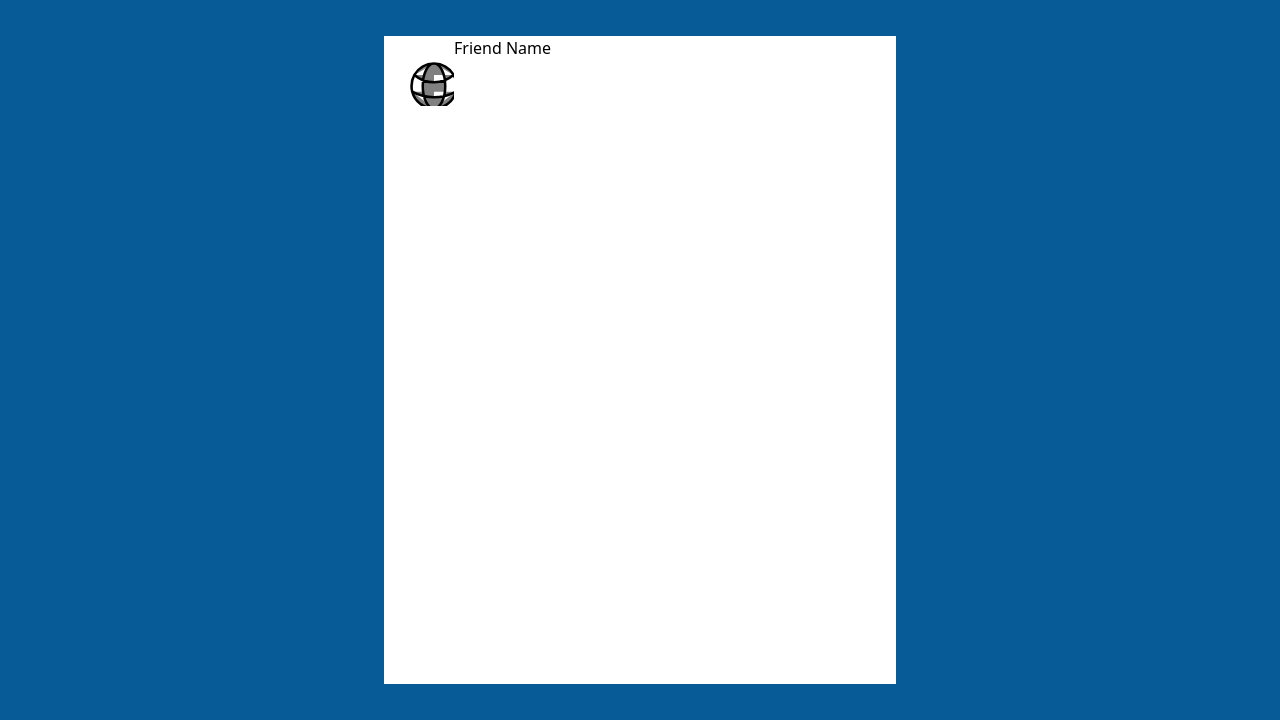
Repository: Sarah7223/internet-programming-tp
Page: TP2/TP02.1.html
The author's editor kept a copy of each file at every save. The page is drawn from the files as they stood at one save, then again after the next save.
The browser window is 1280 px wide. The pictures show the whole page.
Some web libraries are served in a nearby version.

Above is the page before, as saved 2023-01-12 22:41:10.

### TP2/TP02.1.html
<html>
    <head>
        <style>

                .background{
                    display:flex;
                    width: 100%;
                    height: 100%;
                    background-color: #075B96;
                    justify-content: center;
                    align-items: center;
                    /*
                    #779BE7
                    */
                }
                .whitebox{
                    display: flex;
                    background-color: white;
                    width: 40%;
                    height: 90%;
                }
                .circle{
                    display: flex;
                    width: 50px;
                    height: 50px;
                    margin-top: 20px;
                    margin-left: 20px;
                }

        </style>
    </head>
    <body>
        <script src="https://cdn.tailwindcss.com"></script>
        <div class="background">
            <div class="whitebox">
                <div class="circle">
                    <svg xmlns="http://www.w3.org/2000/svg" fill="grey" viewBox="0 0 20 20" strokeWidth={1.5} stroke="currentColor" className="w-6 h-6">
                        <path strokeLinecap="round" strokeLinejoin="round" d="M12 21a9.004 9.004 0 008.716-6.747M12 21a9.004 9.004 0 01-8.716-6.747M12 21c2.485 0 4.5-4.03 4.5-9S14.485 3 12 3m0 18c-2.485 0-4.5-4.03-4.5-9S9.515 3 12 3m0 0a8.997 8.997 0 017.843 4.582M12 3a8.997 8.997 0 00-7.843 4.582m15.686 0A11.953 11.953 0 0112 10.5c-2.998 0-5.74-1.1-7.843-2.918m15.686 0A8.959 8.959 0 0121 12c0 .778-.099 1.533-.284 2.253m0 0A17.919 17.919 0 0112 16.5c-3.162 0-6.133-.815-8.716-2.247m0 0A9.015 9.015 0 013 12c0-1.605.42-3.113 1.157-4.418" />
                    </svg>
                </div>
                <div class="font-medium">
                    Friend Name
                </div>


            </div>
        </div>
     </body>
</html>

After the next save:
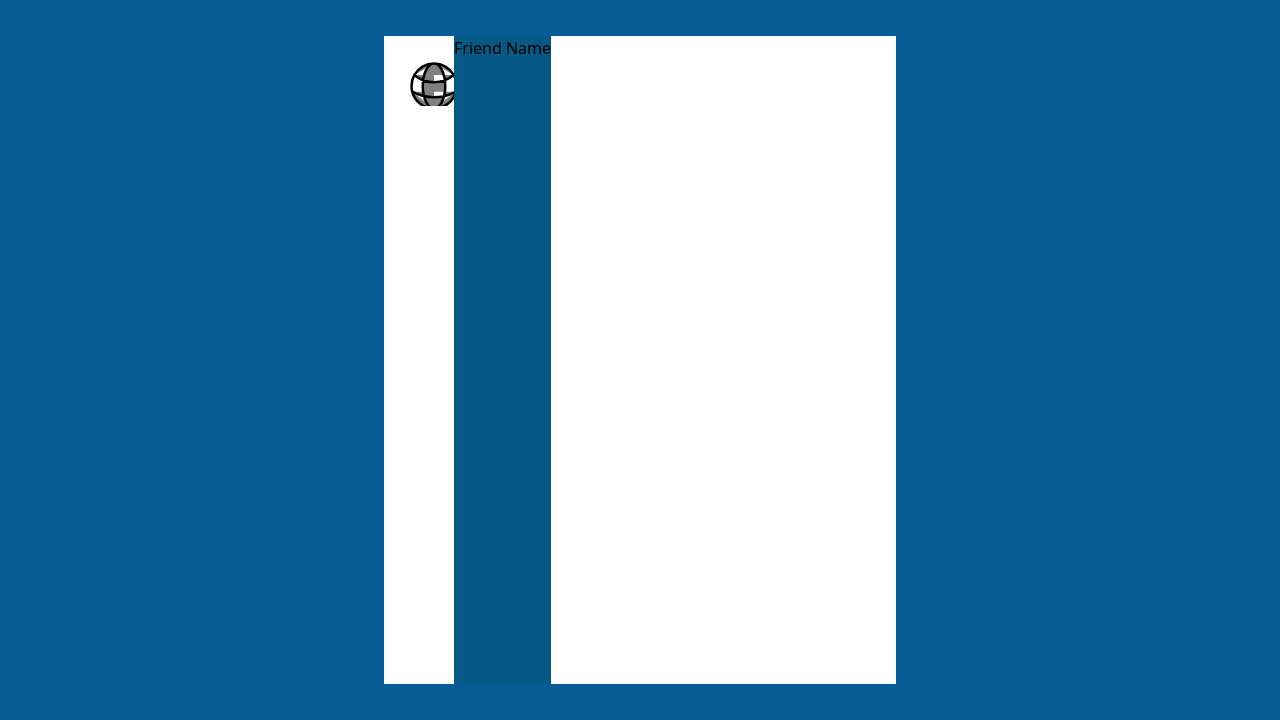
Saved 80 s later.
--- a/TP2/TP02.1.html
+++ b/TP2/TP02.1.html
@@ -38,7 +38,7 @@
                         <path strokeLinecap="round" strokeLinejoin="round" d="M12 21a9.004 9.004 0 008.716-6.747M12 21a9.004 9.004 0 01-8.716-6.747M12 21c2.485 0 4.5-4.03 4.5-9S14.485 3 12 3m0 18c-2.485 0-4.5-4.03-4.5-9S9.515 3 12 3m0 0a8.997 8.997 0 017.843 4.582M12 3a8.997 8.997 0 00-7.843 4.582m15.686 0A11.953 11.953 0 0112 10.5c-2.998 0-5.74-1.1-7.843-2.918m15.686 0A8.959 8.959 0 0121 12c0 .778-.099 1.533-.284 2.253m0 0A17.919 17.919 0 0112 16.5c-3.162 0-6.133-.815-8.716-2.247m0 0A9.015 9.015 0 013 12c0-1.605.42-3.113 1.157-4.418" />
                     </svg>
                 </div>
-                <div class="font-medium">
+                <div class="bg-sky-800">
                     Friend Name
                 </div>
 

After the save that followed:
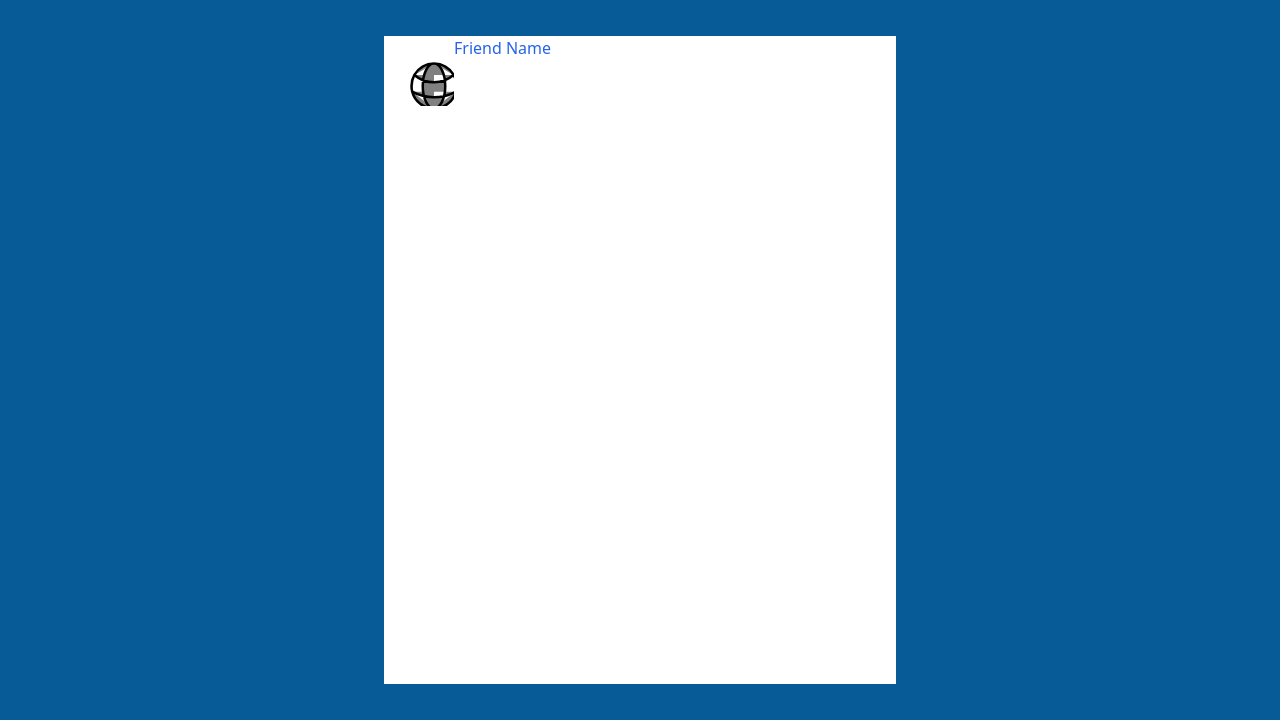
Saved 2 min 12 s later.
--- a/TP2/TP02.1.html
+++ b/TP2/TP02.1.html
@@ -38,7 +38,7 @@
                         <path strokeLinecap="round" strokeLinejoin="round" d="M12 21a9.004 9.004 0 008.716-6.747M12 21a9.004 9.004 0 01-8.716-6.747M12 21c2.485 0 4.5-4.03 4.5-9S14.485 3 12 3m0 18c-2.485 0-4.5-4.03-4.5-9S9.515 3 12 3m0 0a8.997 8.997 0 017.843 4.582M12 3a8.997 8.997 0 00-7.843 4.582m15.686 0A11.953 11.953 0 0112 10.5c-2.998 0-5.74-1.1-7.843-2.918m15.686 0A8.959 8.959 0 0121 12c0 .778-.099 1.533-.284 2.253m0 0A17.919 17.919 0 0112 16.5c-3.162 0-6.133-.815-8.716-2.247m0 0A9.015 9.015 0 013 12c0-1.605.42-3.113 1.157-4.418" />
                     </svg>
                 </div>
-                <div class="bg-sky-800">
+                <div class="text-blue-600">
                     Friend Name
                 </div>
 
